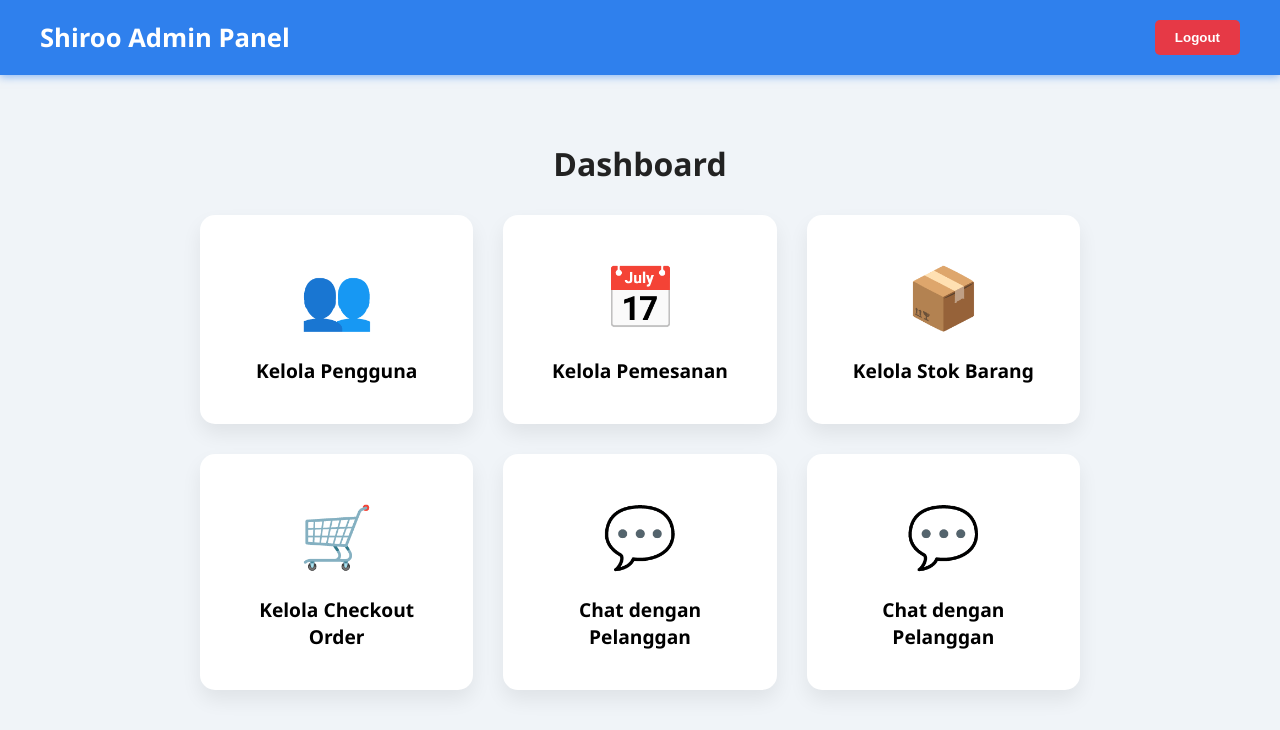
Repository: Senicccc/Shiroo-Pet-Store-Web-App
Page: http://localhost/admin/dashboard.php
The author's editor kept a copy of each file at every save. The page is drawn from the files as they stood at one save, then again after the next save.
The browser window is 1280 px wide. The pictures show the whole page.
The page is run by PHP 8.4 with error messages shown; the project is at /var/www/html/. The session is filled in as if someone had signed in: {"admin_id": 3}. The database holds what the project's SQL file puts in it.

Above is the page before, as saved 2025-05-31 11:48:19.

After the next save:
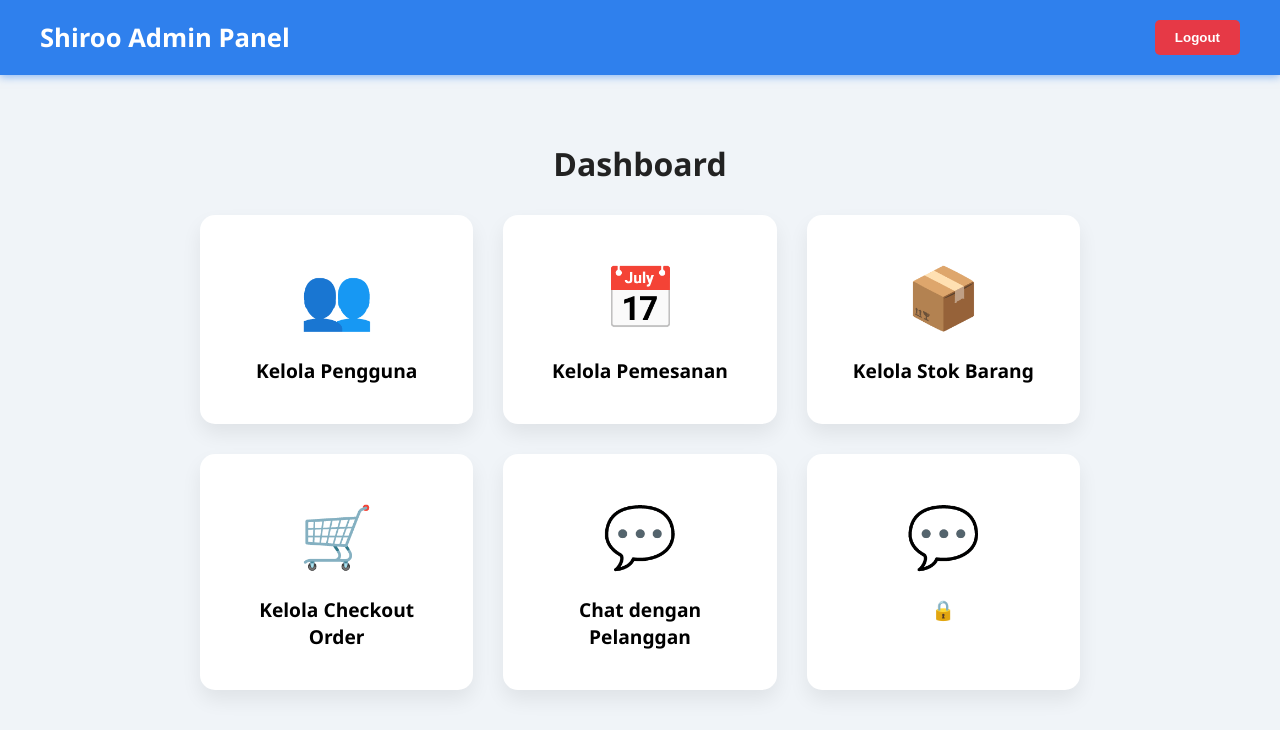
Saved 6 s later.
--- a/admin/dashboard.php
+++ b/admin/dashboard.php
@@ -62,7 +62,7 @@ $username = $admin ? $admin['username'] : "Admin";
             </a>
             <a href="chat-customers.php" class="card" title="Chat dengan Pelanggan">
                 <div class="card-icon">💬</div>
-                Chat dengan Pelanggan
+                🔒
             </a>
         </div>
     </main>
